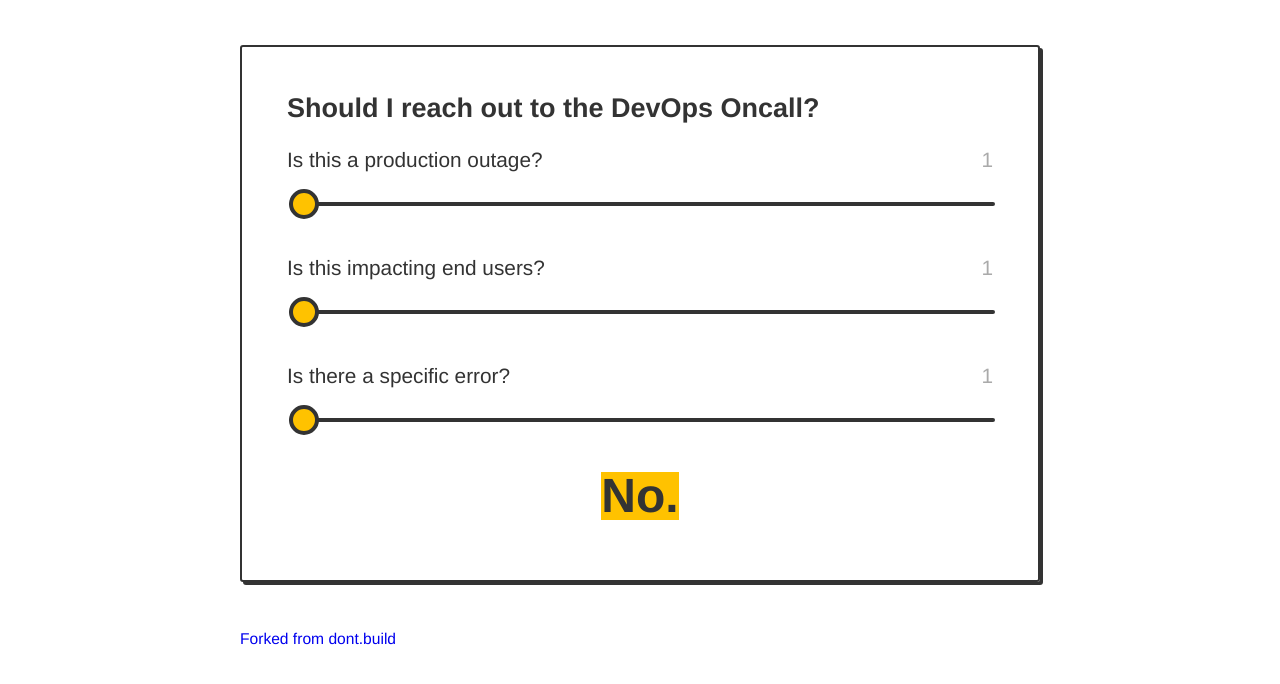
Repository: harishbsrinivas/dont.call
Page: index.html
An editor plug-in stored every save of this project. The page is shown before and after the next save, followed by the edit.
The browser window is 1280 px wide. The pictures show the whole page.

Above is the page before, as saved 2022-12-04 11:31:35.

After the next save:
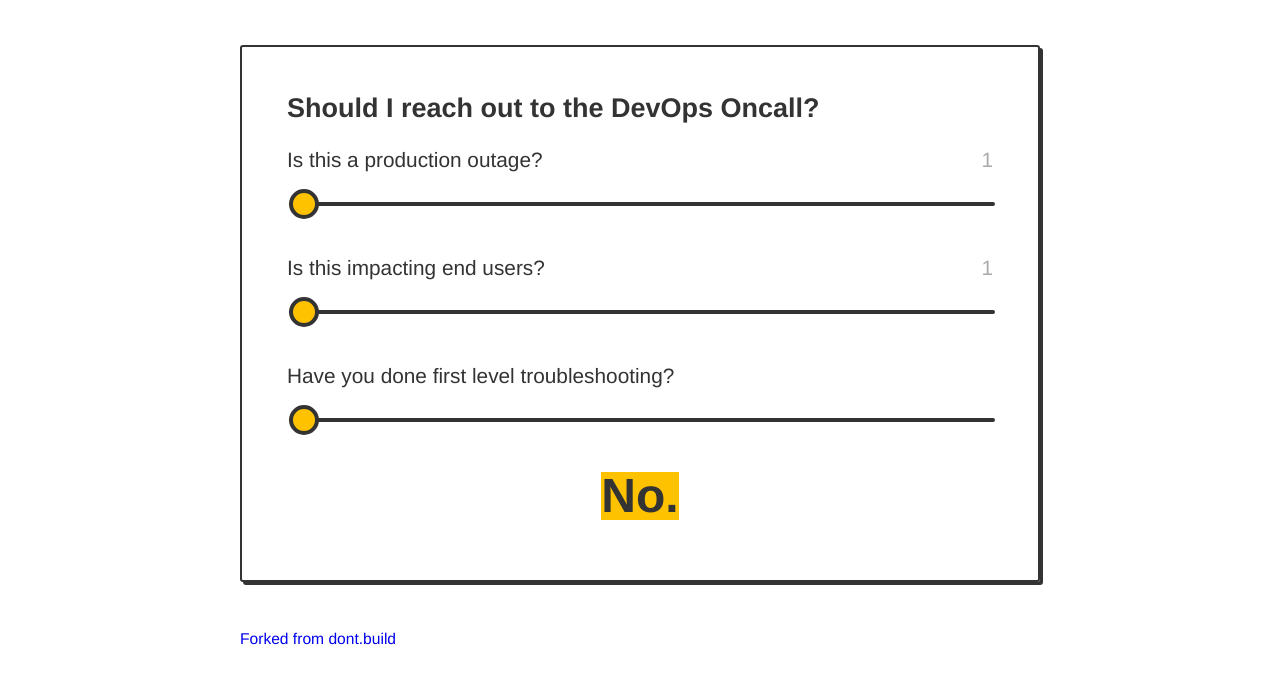
Console error: TypeError: Cannot set properties of null (setting 'value')
Saved 116 s later.
--- a/index.html
+++ b/index.html
@@ -29,9 +29,9 @@
                     <label>Is this impacting end users?</label>
                     <input type="range" min="1" max="3" step="1" value="1" />
                 </fieldset>
-                <fieldset class="p-ticket">
+                <fieldset class="p-tshoot">
                     <span class="value"></span>
-                    <label>Is there a specific error?</label>
+                    <label>Have you done first level troubleshooting?</label>
                     <input type="range" min="1" max="2" step="1" value="1" />
                 </fieldset>
             </form>
